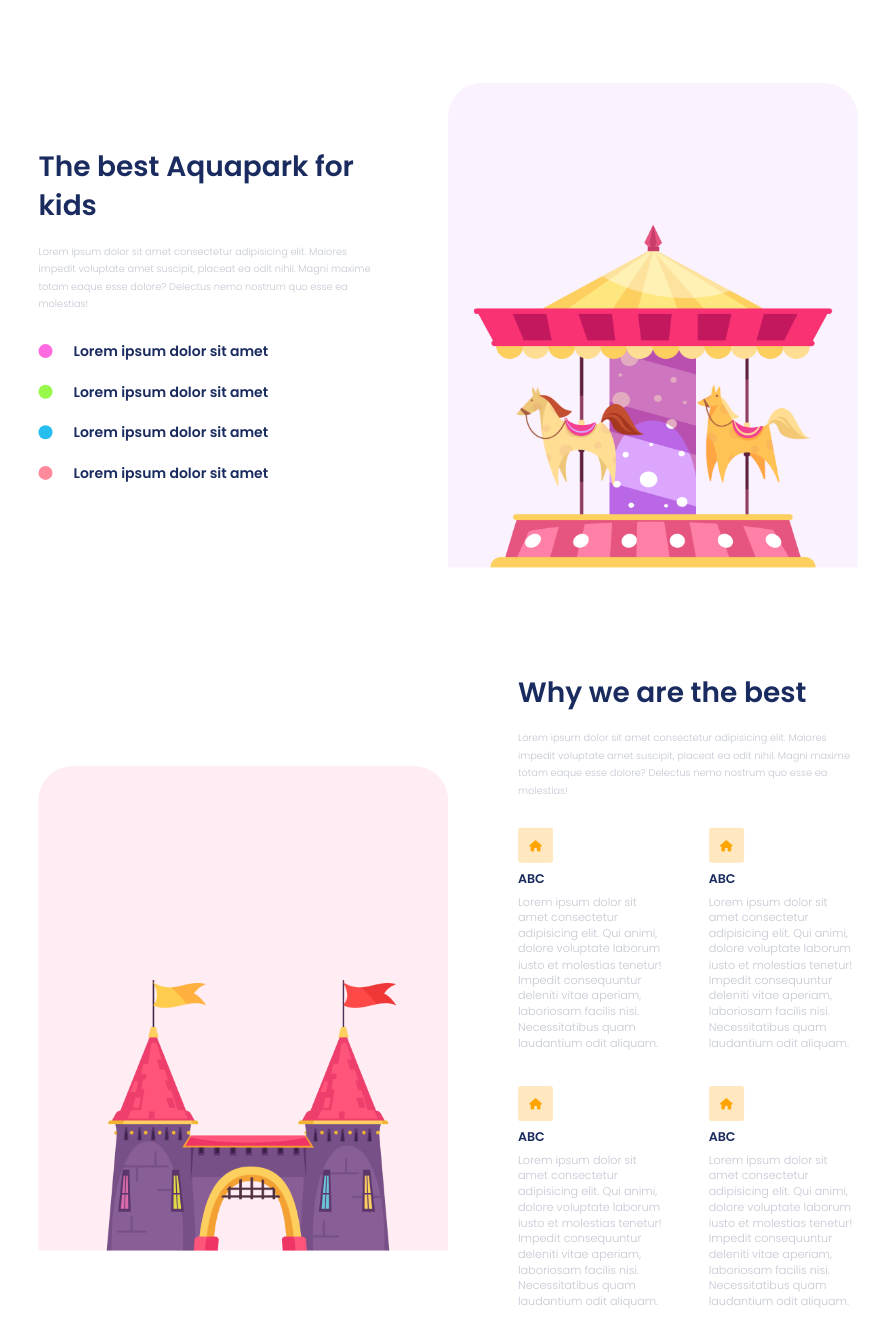
Repository: khuong30082000/the-playground
Page: index.html
These files come from the project's save history. The page is drawn as it stood at one moment and after a run of saves; the edit follows.
The browser window is 1280 px wide. The pictures show the part of the page from y = 2082 to 4002 px (the page is 4002 px tall before and 3952 px after), at 70% of full size.
Some web libraries are served in a nearby version. The style sheet was rebuilt from its Sass, Less or Tailwind sources for each picture, by a compiler version that may differ from the author's.

Above is the page before, as saved 2022-06-20 22:27:22.

After the next 2 saves:
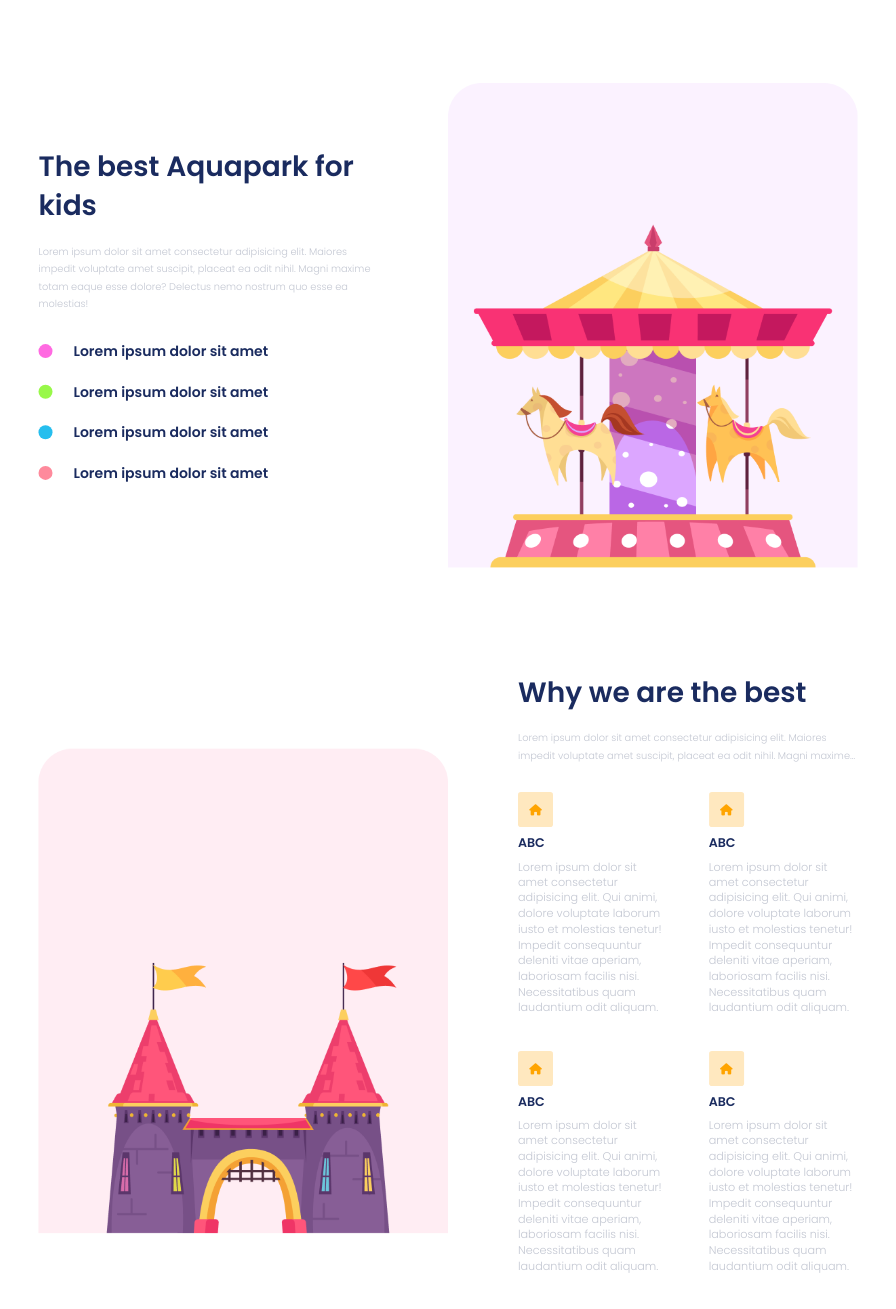
The 2 saves are shown as one change because they came seconds apart.
The last was saved 6 s later.
--- a/scss/_base.scss
+++ b/scss/_base.scss
@@ -86,11 +86,11 @@
     }
 }
 .text-clamp {
-    display:--webkit-box;
+    display:-webkit-box;
     -webkit-box-orient: vertical;
     overflow: hidden;
     text-overflow: ellipsis;
     &--2 {
-        --webkit-line-clamp:2;
+        -webkit-line-clamp:2;
     }
 }
